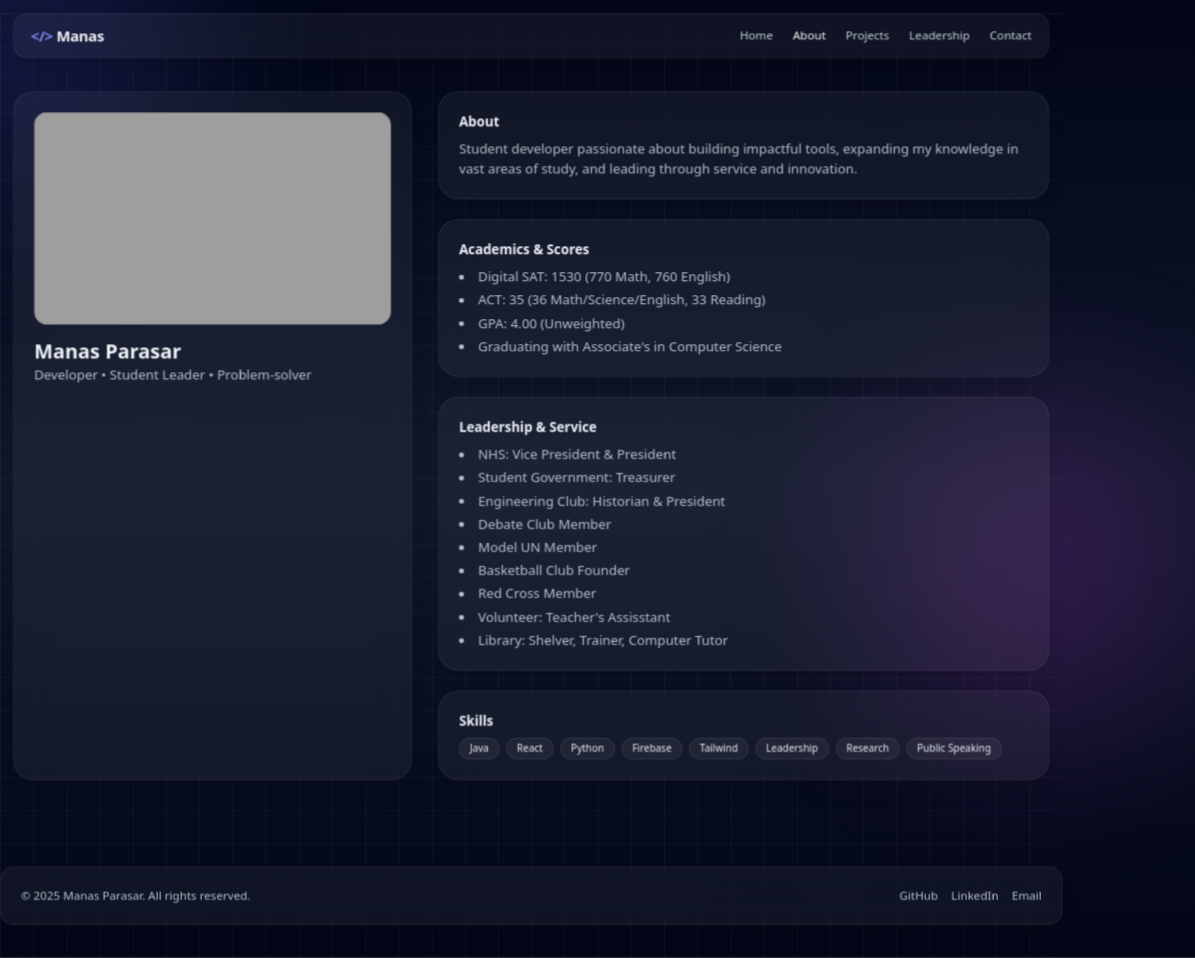
Repository: Manas-Parasar/portfolio-manas-parasar
Page: /about
The author's editor kept a copy of each file at every save. The page is drawn from the files as they stood at one save, then again after the next save.
The browser window is 1280 px wide. The page is 1440 px wide, so the pictures cover 1440 px, including what lies to the right of the window. The pictures show the whole page, at 83% of full size.
Pictures or frames that could not be fetched are drawn as grey boxes. The project was rebuilt for these pictures with package versions that can differ from the ones it lists, and the page was loaded fresh each time. Also part of the build but not shown: vite.config.js, src/components/Hero.jsx, src/components/Section.jsx, src/components/ProjectCard.jsx, src/pages/Home.jsx, src/pages/Projects.jsx, src/components/TimelineItem.jsx, src/pages/Leadership.jsx and 1 more.

Above is the page before, as saved 2025-08-19 17:21:23.

### index.html
<!DOCTYPE html>
<html lang="en">
  <head>
    <meta charset="UTF-8" />
    <meta name="viewport" content="width=device-width, initial-scale=1.0" />
    <title>Manas Parasar — Portfolio</title>
    <meta
      name="description"
      content="Portfolio of Manas Parasar: projects, leadership, research, and impact."
    />
    <link rel="icon" href="/favicon.svg" />
  </head>
  <body
    class="min-h-screen bg-gradient-to-b from-slate-950 via-slate-900 to-slate-950 text-slate-100"
  >
    <div id="root"></div>
    <script type="module" src="/src/main.jsx"></script>
  </body>
</html>

### src/main.jsx
import { BrowserRouter } from "react-router-dom";
import "./index.css";
import React from "react";
import ReactDOM from "react-dom/client";
import App from "./App";

ReactDOM.createRoot(document.getElementById("root")).render(
  <React.StrictMode>
    <BrowserRouter>
      <App />
    </BrowserRouter>
  </React.StrictMode>
);

### src/index.css
@tailwind base;
@tailwind components;
@tailwind utilities;

/* Subtle selection & scrollbar tweaks */
::selection {
  background: #6366f1;
  color: white;
}
::-webkit-scrollbar {
  width: 10px;
}
::-webkit-scrollbar-thumb {
  background: rgba(148, 163, 184, 0.4);
  border-radius: 999px;
}

/* Reusable utilities */
@layer utilities {
  .glass {
    @apply bg-white/5 backdrop-blur-xl border border-white/10 shadow-xl;
  }
  .btn {
    @apply inline-flex items-center gap-2 rounded-2xl px-5 py-2 font-medium transition;
  }
  .btn-primary {
    @apply btn bg-brand-600 hover:bg-brand-500 text-white;
  }
  .btn-ghost {
    @apply btn glass hover:bg-white/10;
  }
  .headline {
    @apply text-4xl md:text-5xl font-extrabold tracking-tight;
  }
  .subtle {
    @apply text-slate-300/90;
  }
}

### src/App.jsx
import { Routes, Route } from "react-router-dom";
import Navbar from "./components/Navbar";
import Footer from "./components/Footer";
import Home from "./pages/Home";
import About from "./pages/About";
import Projects from "./pages/Projects";
import Leadership from "./pages/Leadership";
import Contact from "./pages/Contact";

export default function App() {
  return (
    <div className="min-h-screen bg-grid-sheer bg-grid-sheer bg-[length:40px_40px]">
      <div className="absolute inset-0 -z-10 opacity-70" aria-hidden>
        <div className="absolute -top-40 -left-40 h-96 w-96 rounded-full bg-brand-500 blur-[120px] opacity-30 animate-float" />
        <div className="absolute -bottom-40 -right-40 h-96 w-96 rounded-full bg-fuchsia-500 blur-[120px] opacity-30 animate-float" />
      </div>
      <Navbar />
      <main className="container py-10">
        <Routes>
          <Route path="/" element={<Home />} />
          <Route path="/about" element={<About />} />
          <Route path="/projects" element={<Projects />} />
          <Route path="/leadership" element={<Leadership />} />
          <Route path="/contact" element={<Contact />} />
        </Routes>
      </main>
      <Footer />
    </div>
  );
}

### src/components/Navbar.jsx
import { Link, NavLink } from "react-router-dom";
import { Menu, X } from "lucide-react";
import { useState } from "react";

export default function Navbar() {
  const [open, setOpen] = useState(false);
  const nav = [
    { to: "/", label: "Home" },
    { to: "/about", label: "About" },
    { to: "/projects", label: "Projects" },
    { to: "/leadership", label: "Leadership" },
    { to: "/contact", label: "Contact" },
  ];

  const NavItems = ({ onClick }) => (
    <ul className="flex flex-col md:flex-row gap-4 md:gap-6 text-sm">
      {nav.map((n) => (
        <li key={n.to}>
          <NavLink
            to={n.to}
            onClick={onClick}
            className={({ isActive }) =>
              `transition hover:text-white ${
                isActive ? "text-white" : "text-slate-300"
              }`
            }
          >
            {n.label}
          </NavLink>
        </li>
      ))}
    </ul>
  );

  return (
    <header className="sticky top-0 z-50">
      <div className="container mt-4">
        <div className="glass rounded-2xl px-5 py-3 flex items-center justify-between">
          <Link to="/" className="font-black tracking-tight text-lg">
            <span className="text-brand-400">&lt;/&gt;</span> Manas
          </Link>
          <nav className="hidden md:block">
            <NavItems />
          </nav>
          <button
            className="md:hidden btn-ghost"
            onClick={() => setOpen(!open)}
            aria-label="Toggle Menu"
          >
            {open ? <X size={20} /> : <Menu size={20} />}
          </button>
        </div>
        {open && (
          <div className="md:hidden mt-2 glass rounded-2xl px-5 py-4">
            <NavItems onClick={() => setOpen(false)} />
          </div>
        )}
      </div>
    </header>
  );
}

### src/components/Footer.jsx
export default function Footer() {
  return (
    <footer className="mt-16 pb-10">
      <div className="container glass rounded-2xl p-6 flex flex-col md:flex-row items-center justify-between gap-4">
        <p className="text-sm subtle">
          © {new Date().getFullYear()} Manas Parasar. All rights reserved.
        </p>
        <div className="text-sm subtle flex gap-4">
          <a
            href="https://github.com/"
            target="_blank"
            className="hover:text-white"
          >
            GitHub
          </a>
          <a
            href="https://linkedin.com/"
            target="_blank"
            className="hover:text-white"
          >
            LinkedIn
          </a>
          <a href="mailto:manas@example.com" className="hover:text-white">
            Email
          </a>
        </div>
      </div>
    </footer>
  );
}

### src/pages/About.jsx
export default function About() {
  return (
    <div className="grid md:grid-cols-5 gap-8">
      <div className="md:col-span-2 glass rounded-3xl p-6">
        <img
          src="/src/assets/headshot.jpg"
          alt="Portrait"
          className="rounded-2xl object-cover h-64 w-full"
        />
        <h2 className="text-2xl font-bold mt-4">Manas Parasar</h2>
        <p className="subtle">Developer • Student Leader • Problem‑solver</p>
      </div>
      <div className="md:col-span-3 space-y-6">
        <div className="glass rounded-3xl p-6">
          <h3 className="font-semibold mb-2">About</h3>
          <p className="subtle">
            Student developer passionate about building impactful tools,
            expanding my knowledge in vast areas of study, and leading through
            service and innovation.
          </p>
        </div>
        <div className="glass rounded-3xl p-6">
          <h3 className="font-semibold mb-2">Academics & Scores</h3>
          <ul className="subtle list-disc list-inside space-y-1">
            <li>Digital SAT: 1530 (770 Math, 760 English)</li>
            <li>ACT: 35 (36 Math/Science/English, 33 Reading)</li>
            <li>GPA: 4.00 (Unweighted)</li>
            <li>Graduating with Associate's in Computer Science</li>
          </ul>
        </div>
        <div className="glass rounded-3xl p-6">
          <h3 className="font-semibold mb-2">Leadership & Service</h3>
          <ul className="subtle list-disc list-inside space-y-1">
            <li>NHS: Vice President & President</li>
            <li>Student Government: Treasurer</li>
            <li>Engineering Club: Historian & President</li>
            <li>Debate Club Member</li>
            <li>Model UN Member</li>
            <li>Basketball Club Founder</li>
            <li>Red Cross Member</li>
            <li>Volunteer: Teacher's Assisstant</li>
            <li>Library: Shelver, Trainer, Computer Tutor</li>
          </ul>
        </div>
        <div className="glass rounded-3xl p-6">
          <h3 className="font-semibold mb-2">Skills</h3>
          <div className="flex flex-wrap gap-2">
            {[
              "Java",
              "React",
              "Python",
              "Firebase",
              "Tailwind",
              "Leadership",
              "Research",
              "Public Speaking",
            ].map((s) => (
              <span
                key={s}
                className="px-3 py-1 rounded-full bg-white/5 border border-white/10 text-xs"
              >
                {s}
              </span>
            ))}
          </div>
        </div>
      </div>
    </div>
  );
}

### tailwind.config.js
/** @type {import('tailwindcss').Config} */
export default {
  content: ["./index.html", "./src/**/*.{js,jsx,ts,tsx}"],
  theme: {
    extend: {
      container: { center: true, padding: "1rem" },
      fontFamily: {
        display: ["Inter", "ui-sans-serif", "system-ui"],
      },
      colors: {
        brand: {
          50: "#eef2ff",
          100: "#e0e7ff",
          200: "#c7d2fe",
          300: "#a5b4fc",
          400: "#818cf8",
          500: "#6366f1",
          600: "#4f46e5",
          700: "#4338ca",
          800: "#3730a3",
          900: "#312e81",
        },
      },
      boxShadow: {
        glow: "0 0 0 0 rgba(99,102,241,0.5), 0 0 80px 10px rgba(99,102,241,0.25)",
      },
      backgroundImage: {
        "grid-sheer":
          "linear-gradient(rgba(255,255,255,0.04) 1px, transparent 1px), linear-gradient(90deg, rgba(255,255,255,0.04) 1px, transparent 1px)",
      },
      backgroundSize: {
        "grid-sheer": "40px 40px",
      },
      animation: {
        float: "float 6s ease-in-out infinite",
        shimmer: "shimmer 4s linear infinite",
      },
      keyframes: {
        float: {
          "0%, 100%": { transform: "translateY(0px)" },
          "50%": { transform: "translateY(-10px)" },
        },
        shimmer: {
          "0%": { backgroundPosition: "-200% 0" },
          "100%": { backgroundPosition: "200% 0" },
        },
      },
    },
  },
  plugins: [],
};

After the next save:
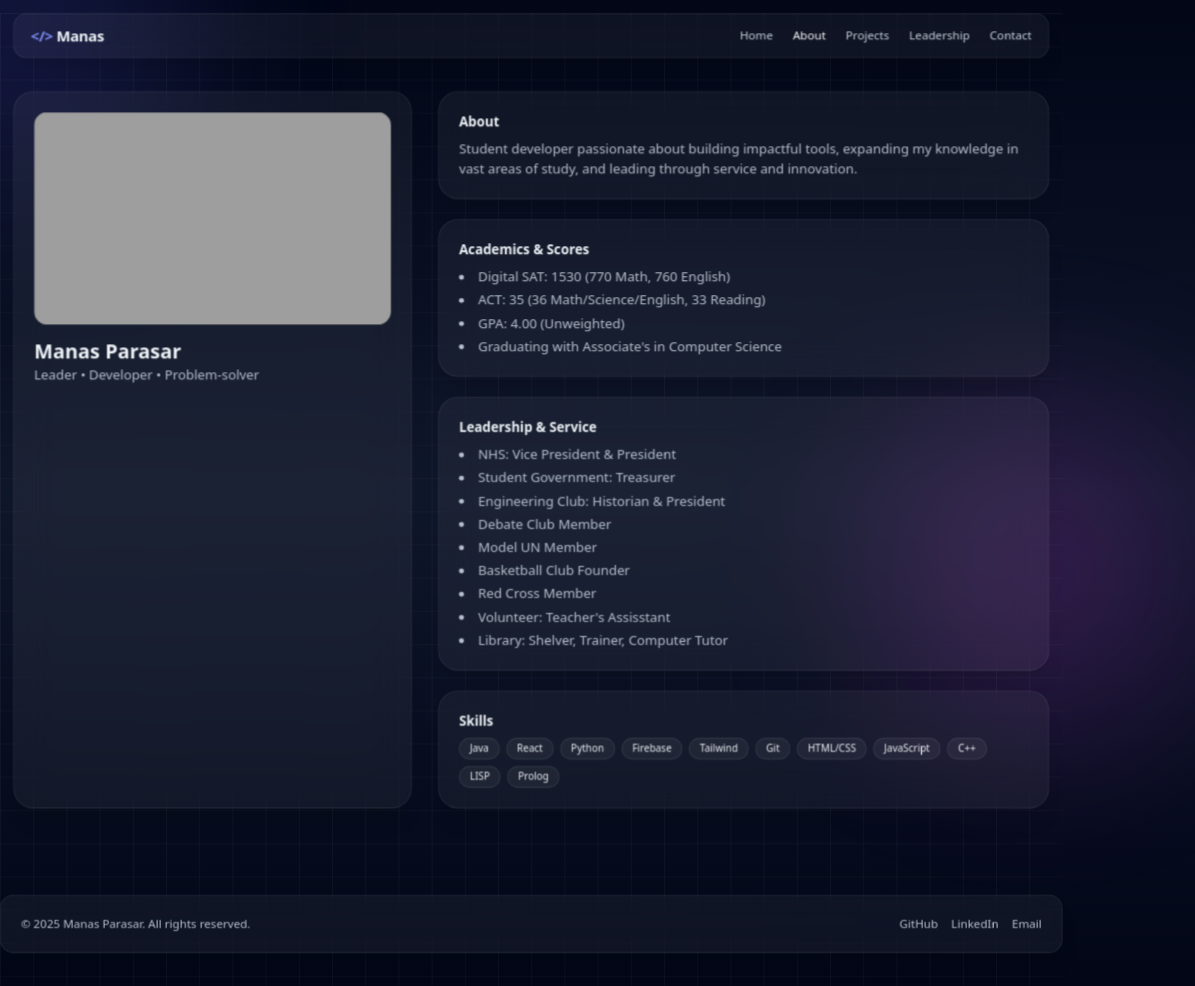
Saved 100 s later.
--- a/src/pages/About.jsx
+++ b/src/pages/About.jsx
@@ -8,7 +8,7 @@ export default function About() {
           className="rounded-2xl object-cover h-64 w-full"
         />
         <h2 className="text-2xl font-bold mt-4">Manas Parasar</h2>
-        <p className="subtle">Developer • Student Leader • Problem‑solver</p>
+        <p className="subtle">Leader • Developer • Problem‑solver</p>
       </div>
       <div className="md:col-span-3 space-y-6">
         <div className="glass rounded-3xl p-6">
@@ -51,9 +51,12 @@ export default function About() {
               "Python",
               "Firebase",
               "Tailwind",
-              "Leadership",
-              "Research",
-              "Public Speaking",
+              "Git",
+              "HTML/CSS",
+              "JavaScript",
+              "C++",
+              "LISP",
+              "Prolog",
             ].map((s) => (
               <span
                 key={s}
